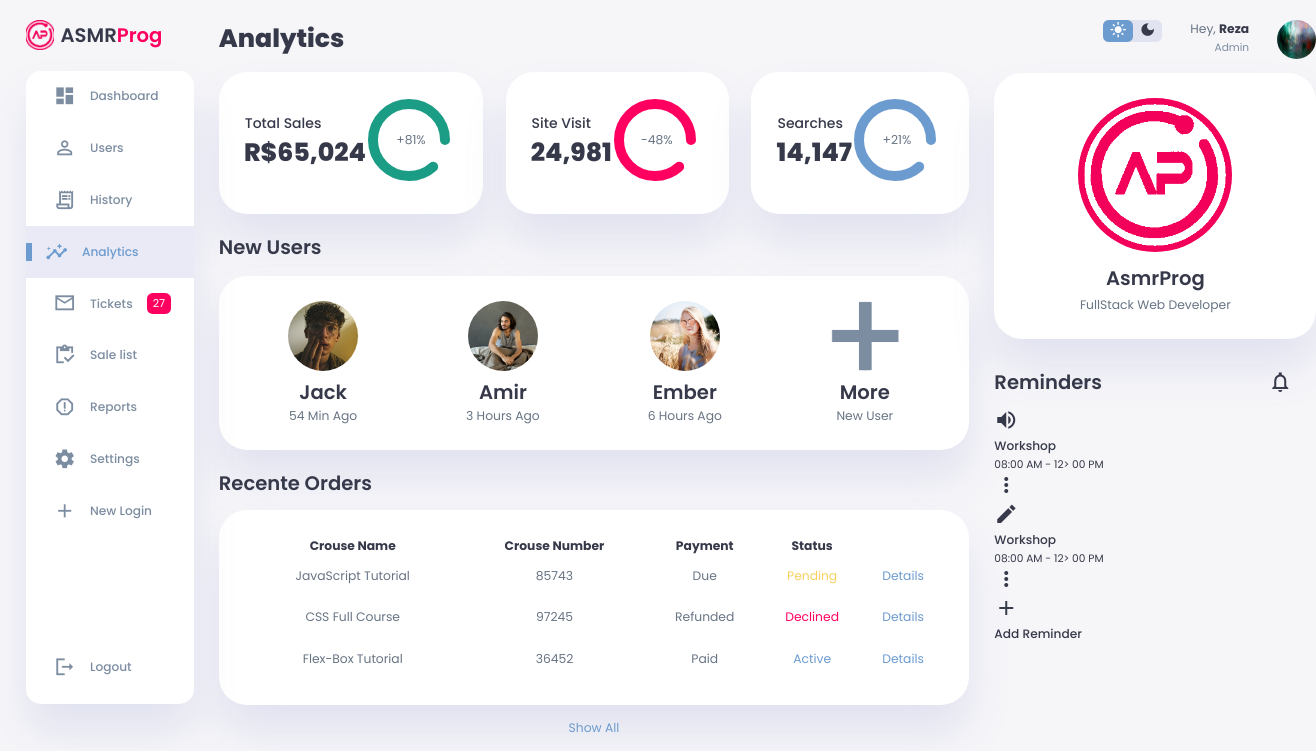
Repository: pheonix5/ProjetosRN-linux
Page: DashBoard/index.html
The author's editor kept a copy of each file at every save. The page is drawn from the files as they stood at one save, then again after the next save.
The browser window is 1280 px wide. The page is 1316 px wide, so the pictures cover 1316 px, including what lies to the right of the window. The pictures show the whole page.

Above is the page before, as saved 2023-08-06 03:04:15.

After the next save:
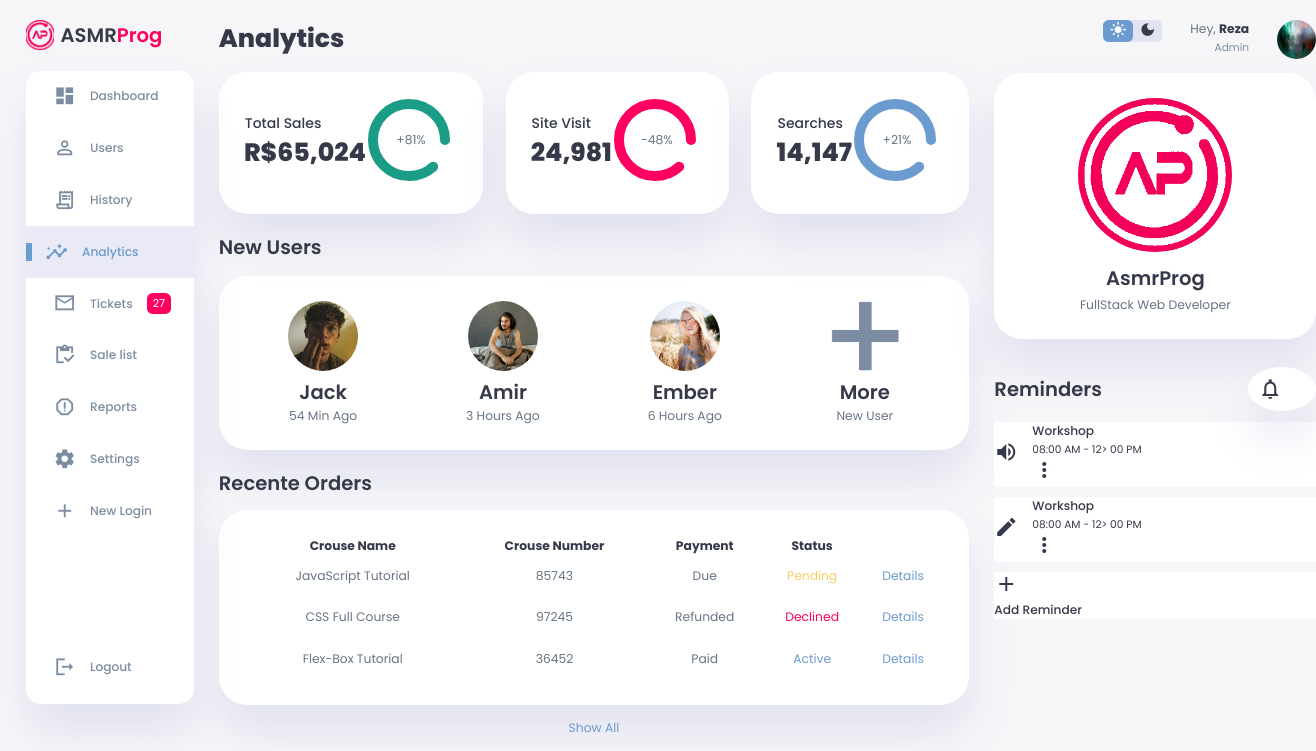
Saved 90 s later.
--- a/DashBoard/style.css
+++ b/DashBoard/style.css
@@ -468,3 +468,18 @@ main .recent-orders a{
   justify-content: space-between;
   margin-bottom: 0.8rem;
 }
+
+.right-section .reminders .header span{
+  padding: 10px;
+  box-shadow: var(--box-shadow);
+  background-color: var(--color-white);
+  border-radius: 50%;
+}
+
+.right-section .reminders .notification{
+  background-color: var(--color-white);
+  display: flex;
+  align-items: center;
+  gap: 1rem;
+  margin-bottom: 0.7rem;
+}
